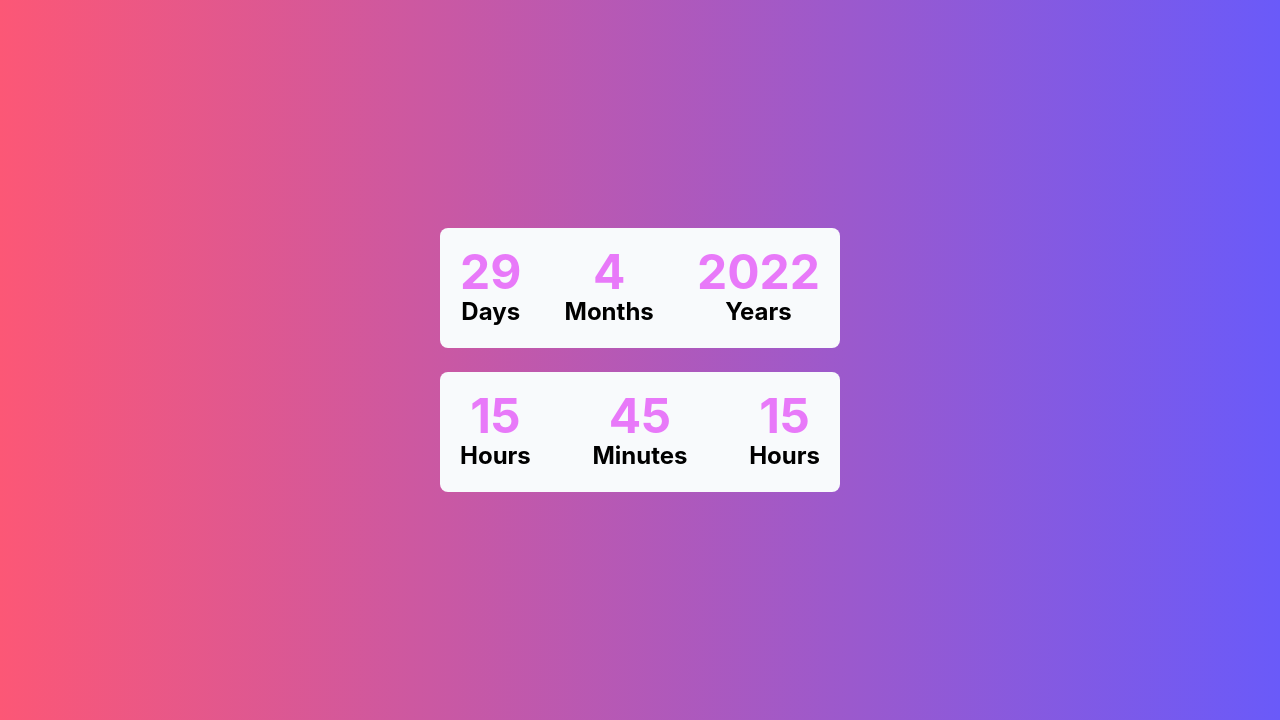
Repository: huynhsang96/bt_codegymHook
Page: /
The author's editor kept a copy of each file at every save. The page is drawn from the files as they stood at one save, then again after the next save.
The browser window is 1280 px wide. The pictures show the whole page.
The project was rebuilt for these pictures with package versions that can differ from the ones it lists, and the page was loaded fresh each time.

Above is the page before, as saved 2022-04-29 16:45:57.

After the next save:
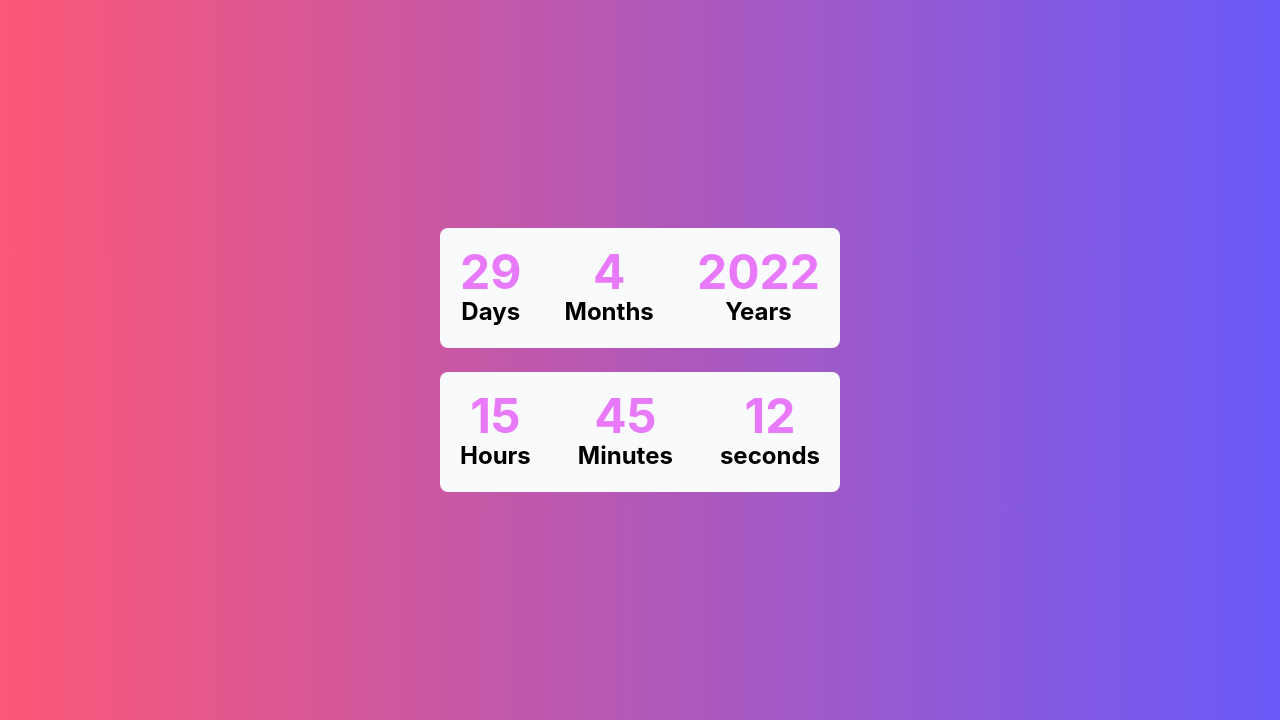
Saved 16 s later.
--- a/src/component/ClockHook/Clock.js
+++ b/src/component/ClockHook/Clock.js
@@ -44,8 +44,8 @@ const Clock = () => {
 					<span className="font-bold text-2xl">Minutes</span>
 				</li>
 				<li className="flex flex-col justify-center text-center">
-					<span className="font-bold text-5xl text-fuchsia-400">{hours}</span>
-					<span className="font-bold text-2xl">Hours</span>
+					<span className="font-bold text-5xl text-fuchsia-400">{seconds}</span>
+					<span className="font-bold text-2xl">seconds</span>
 				</li>
 			</ul>
 		</div>
